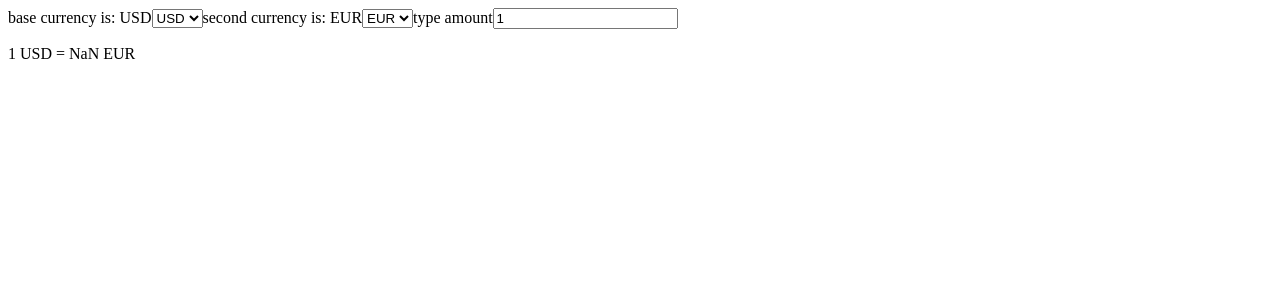
Repository: olorin44/currency
Page: index.html
An editor plug-in stored every save of this project. The page is shown before and after the next save, followed by the edit.
The browser window is 1280 px wide. The pictures show the whole page.

Above is the page before, as saved 2019-03-31 20:19:01.

### index.html
<!DOCTYPE html>
<html>
  <head>
    <meta charset="UTF-8" />
    <meta name="viewport" content="width=device-width, initial-scale=1.0" />
    <title>Currency exchange</title>
    <script
      src="https://unpkg.com/react@16/umd/react.development.js"
      crossorigin
    ></script>
    <script
      src="https://unpkg.com/react-dom@16/umd/react-dom.development.js"
      crossorigin
    ></script>
    <script src="https://unpkg.com/@babel/standalone/babel.min.js"></script>
  </head>
  <body>
    <div id="root"></div>
    <script type="text/babel" src="js/index.js"></script>
  </body>
</html>

### js/index.js
// const urlCurrency = "https://api.nbp.pl/api/exchangerates/rates/a/";

// let currencyDataTableAll = [];

// const getCurrencyData = () => {
//   fetch(urlCurrency + "GBP")
//     .then(resp => resp.json())
//     .then(resp => {
//       let currencyDataGBP = {
//         id: 1,
//         code: resp.code,
//         name: resp.currency,
//         rate: resp.rates[0].mid,
//         date: resp.rates[0].effectiveDate
//       };
//       currencyDataTableAll.push(currencyDataGBP);
//     });
//   fetch(urlCurrency + "USD")
//     .then(resp => resp.json())
//     .then(resp => {
//       let currencyDataUSD = {
//         id: 2,
//         code: resp.code,
//         name: resp.currency,
//         rate: resp.rates[0].mid,
//         date: resp.rates[0].effectiveDate
//       };
//       currencyDataTableAll.push(currencyDataUSD);
//     });
//   fetch(urlCurrency + "EUR")
//     .then(resp => resp.json())
//     .then(resp => {
//       let currencyDataEUR = {
//         id: 3,
//         code: resp.code,
//         name: resp.currency,
//         rate: resp.rates[0].mid,
//         date: resp.rates[0].effectiveDate
//       };
//       currencyDataTableAll.push(currencyDataEUR);
//     });
//   fetch(urlCurrency + "CHF")
//     .then(resp => resp.json())
//     .then(resp => {
//       let currencyDataCHF = {
//         id: 4,
//         code: resp.code,
//         name: resp.currency,
//         rate: resp.rates[0].mid,
//         date: resp.rates[0].effectiveDate
//       };
//       currencyDataTableAll.push(currencyDataCHF);
//     });
// };

// window.onload = getCurrencyData();

// const Cash = props => {
//   const value = (props.cash / props.rate).toFixed(2);
//   return (
//     <div>
//       {props.cash} {"PLN You can exchange for:"} {props.cash <= 0 ? "" : value}{" "}
//       {props.code} {", actual exchange rate is:"} {props.rate} {", dated on:"}{" "}
//       {props.date}
//     </div>
//   );
// };

// class CurrencyCheck extends React.Component {
//   state = {
//     amount: "",
//     currencyChosen: "GBP"
//   };

//   handleChange = event => {
//     this.setState({
//       amount: event.target.value
//     });
//   };

//   handleSelect = event => {
//     this.setState({
//       currencyChosen: event.target.value
//     });
//   };

//   render() {
//     const { amount, currencyChosen } = this.state;
//     const calculators = currencyDataTableAll.map(currency => (
//       <Cash
//         key={currency.id}
//         code={currency.code}
//         rate={currency.rate}
//         name={currency.name}
//         cash={amount}
//         date={currency.date}
//       />
//     ));
//     return (
//       <div className="app">
//         <label>
//           Choose currency
//           <select value={currencyChosen} onChange={this.handleSelect}>
//             <option value="GBP">GBP</option>
//             <option value="USD">USD</option>
//             <option value="EUR">EUR</option>
//             <option value="CHF">CHF</option>
//           </select>
//         </label>
//         <br />
//         <label>
//           <input
//             type="number"
//             value={this.state.amount}
//             onChange={this.handleChange}
//             placeholder="type a number in PLN"
//           />
//         </label>
//         {calculators}
//       </div>
//     );
//   }
// }

// ReactDOM.render(<CurrencyCheck />, document.getElementById("root"));

/////////////////////////////////////////////////////////////////////////////////////

class CurrencyExchange extends React.Component {
  state = {
    currencies: [],
    rates: [],
    amount: 1,
    currency: "USD",
    secondCurrency: "EUR"
  };

  getCurrencyData = base => {
    const urlApi = `https://api.exchangeratesapi.io/latest?base=${base}`;

    fetch(urlApi)
      .then(resp => {
        return resp.json();
      })
      .then(data =>
        this.setState({
          rates: data["rates"],
          currencies: Object.keys(data["rates"]).sort()
          // currencies: Object.keys(data["rates"]) //moje
        })
      );
  };

  changeAmount = event => {
    this.setState({
      amount: event.target.value
    });
  };

  changeCurrency = event => {
    this.setState({ currency: event.target.value });
    this.getCurrencyData(event.target.value);
    // this.getCurrencyData(currency); //moje
  };

  changeSecondCurrency = event => {
    this.setState({ secondCurrency: event.target.value });
    // this.getCurrencyData(secondCurrency); //skasowane?
  };

  currencyConvert = (amount, rates, secondCurrency) => {
    return Number.parseFloat(amount * rates[secondCurrency]).toFixed(2);
  };

  render() {
    const { amount, rates, currency, currencies, secondCurrency } = this.state;
    const currencyOption = currencies.map(currency => (
      <option key={currency} value={currency}>
        {currency}
      </option>
    ));

    const displayScore = this.currencyConvert(amount, rates, secondCurrency);

    return (
      <div className="app">
        <div className="container">
          <label>
            base currency is: {currency}
            <select value={currency} onChange={this.changeCurrency}>
              {currencyOption}
              <option>{currency}</option>
            </select>
          </label>
          <label>
            second currency is: {secondCurrency}
            <select value={secondCurrency} onChange={this.changeSecondCurrency}>
              {currencyOption}
              <option>{secondCurrency}</option>
            </select>
          </label>
          <label>
            type amount
            <input type="number" value={amount} onChange={this.changeAmount} />
          </label>
          <p className="exchange-info">
            {amount} {currency} = {displayScore} {secondCurrency}
          </p>
        </div>
      </div>
    );
  }
}

ReactDOM.render(<CurrencyExchange />, document.getElementById("root"));

After the next save:
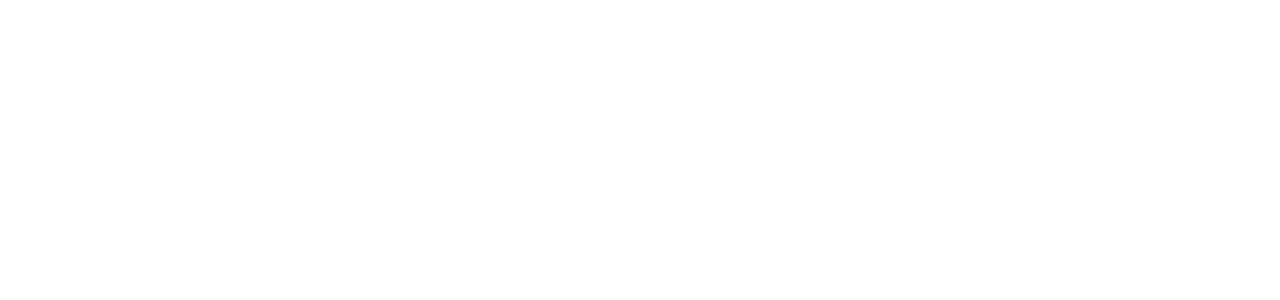
Console error: ReferenceError: currencyConvert is not defined
Saved 103 s later.
--- a/js/index.js
+++ b/js/index.js
@@ -180,7 +180,8 @@
       </option>
     ));
 
-    const displayScore = this.currencyConvert(amount, rates, secondCurrency);
+    // const displayScore = this.currencyConvert(amount, rates, secondCurrency);
+    const displayScore = currencyConvert(amount, rates, secondCurrency);
 
     return (
       <div className="app">

After the save that followed:
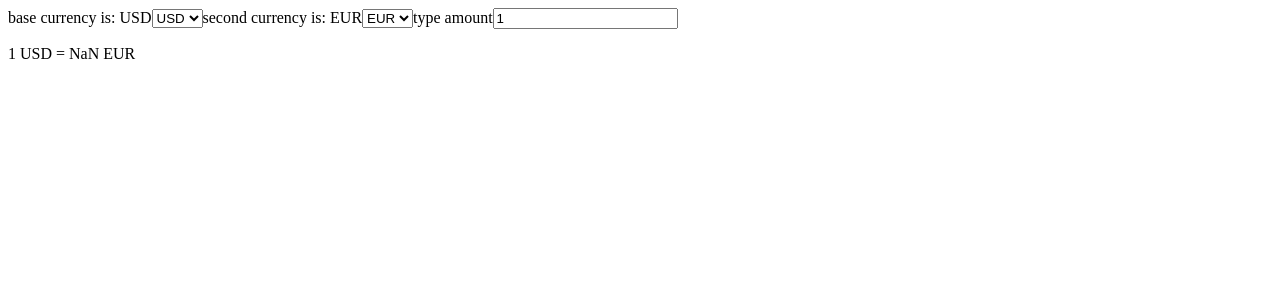
The error is gone.
Saved 17 s later.
--- a/js/index.js
+++ b/js/index.js
@@ -180,8 +180,7 @@
       </option>
     ));
 
-    // const displayScore = this.currencyConvert(amount, rates, secondCurrency);
-    const displayScore = currencyConvert(amount, rates, secondCurrency);
+    const displayScore = this.currencyConvert(amount, rates, secondCurrency);
 
     return (
       <div className="app">
